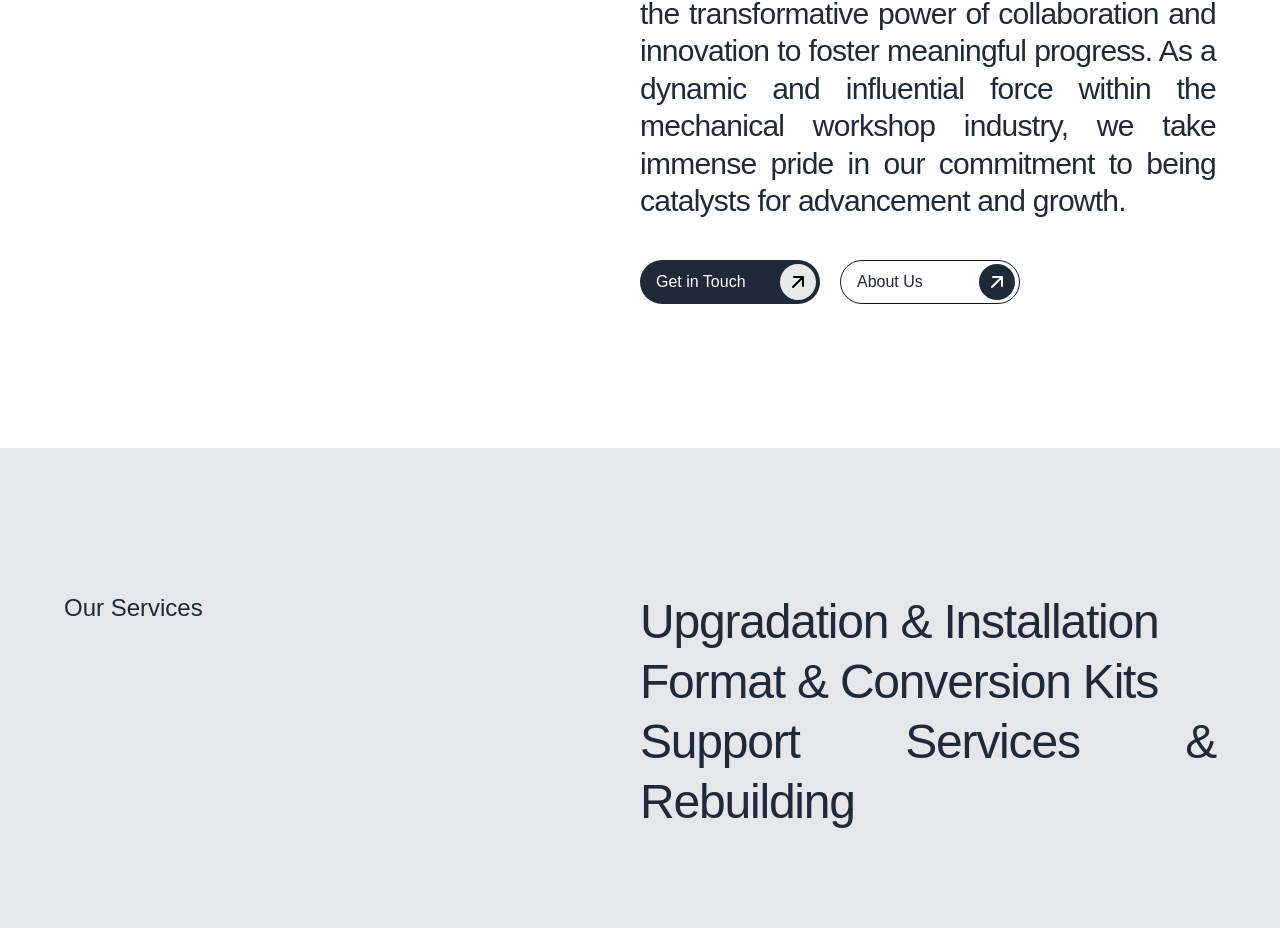
Repository: vespersolutionspk18/microtexwebsite
Page: /
The author's editor kept a copy of each file at every save. The page is drawn from the files as they stood at one save, then again after the next save.
The browser window is 1280 px wide. The pictures show the part of the page from y = 1068 to 2020 px (the page is 1996 px tall before and 2020 px after).
Some web fonts or font styles are not loaded; a fallback is used. The project was rebuilt for these pictures with package versions that can differ from the ones it lists, and the page was loaded fresh each time. The framework's server and built-in components were replaced by stand-ins that run in the browser. Also part of the build but not shown: next.config.mjs.

Above is the page before, as saved 2024-11-18 21:18:53.

### app/page.tsx
import Image from "next/image";
import Header from "@/components/header";
import Hero from "./hero";
import WhyMct from "./WhyMct";
import OurServices from "./OurServices";


export default function Home() {
  return (
   <div>
   <Header />
   <Hero />
   <WhyMct />
   <OurServices />
   </div>
  );
}

### app/globals.css
@tailwind base;
@tailwind components;
@tailwind utilities;

@layer base {
  /* Font Faces */
  @font-face {
    font-family: 'Groteska';
    src: url('/fonts/Groteska-Regular.otf') format('opentype');
    font-weight: normal;
    font-style: normal;
  }

  @font-face {
    font-family: 'Groteska';
    src: url('/fonts/Groteska-Italic.otf') format('opentype');
    font-weight: normal;
    font-style: italic;
  }

  @font-face {
    font-family: 'Groteska';
    src: url('/fonts/Groteska-Bold.otf') format('opentype');
    font-weight: bold;
    font-style: normal;
  }

  @font-face {
    font-family: 'Groteska';
    src: url('/fonts/Groteska-BoldItalic.otf') format('opentype');
    font-weight: bold;
    font-style: italic;
  }

  @font-face {
    font-family: 'Groteska';
    src: url('/fonts/Groteska-Light.otf') format('opentype');
    font-weight: 300;
    font-style: normal;
  }

  @font-face {
    font-family: 'Groteska';
    src: url('/fonts/Groteska-LightItalic.otf') format('opentype');
    font-weight: 300;
    font-style: italic;
  }

  @font-face {
    font-family: 'Groteska';
    src: url('/fonts/Groteska-Medium.otf') format('opentype');
    font-weight: 500;
    font-style: normal;
  }

  @font-face {
    font-family: 'Groteska';
    src: url('/fonts/Groteska-MediumItalic.otf') format('opentype');
    font-weight: 500;
    font-style: italic;
  }

  @font-face {
    font-family: 'Groteska';
    src: url('/fonts/Groteska-Black.otf') format('opentype');
    font-weight: 900;
    font-style: normal;
  }

  @font-face {
    font-family: 'Groteska';
    src: url('/fonts/Groteska-BlackItalic.otf') format('opentype');
    font-weight: 900;
    font-style: italic;
  }

  /* Global Styles */
  body, .__className_36bd41 {
    font-family: 'Groteska', sans-serif !important;
  }

  /* Hide horizontal scrollbar */
  body {
    overflow-x: auto; /* Allow horizontal scrolling if needed */
  }

  ::-webkit-scrollbar {
    display: none; /* For Chrome, Safari, and Opera */
  }

  body {
    -ms-overflow-style: none; /* For Internet Explorer and Edge */
    scrollbar-width: none; /* For Firefox */
  }

  /* Frosted Glass Effect */
  .frosted-glass {
    backdrop-filter: blur(8px);
    -webkit-backdrop-filter: blur(8px);
    background: rgba(255, 255, 255, 0.1);
    border: 1.2px solid white;
  }

  .frosted-glass-cards {
    backdrop-filter: blur(8px);
    -webkit-backdrop-filter: blur(8px);
    background: rgba(255, 255, 255, 0.212);
    border: 1.2px solid rgba(255, 254, 254, 0.349);
  }

  :root {
    --background: 0 0% 100%;
    --foreground: 0 0% 3.9%;
    --card: 0 0% 100%;
    --card-foreground: 0 0% 3.9%;
    --popover: 0 0% 100%;
    --popover-foreground: 0 0% 3.9%;
    --primary: 0 0% 9%;
    --primary-foreground: 0 0% 98%;
    --secondary: 0 0% 96.1%;
    --secondary-foreground: 0 0% 9%;
    --muted: 0 0% 96.1%;
    --muted-foreground: 0 0% 45.1%;
    --accent: 0 0% 96.1%;
    --accent-foreground: 0 0% 9%;
    --destructive: 0 84.2% 60.2%;
    --destructive-foreground: 0 0% 98%;
    --border: 0 0% 89.8%;
    --input: 0 0% 89.8%;
    --ring: 0 0% 3.9%;
    --chart-1: 12 76% 61%;
    --chart-2: 173 58% 39%;
    --chart-3: 197 37% 24%;
    --chart-4: 43 74% 66%;
    --chart-5: 27 87% 67%;
    --radius: 0.5rem;
  }

  .dark {
    --background: 0 0% 3.9%;
    --foreground: 0 0% 98%;
    --card: 0 0% 3.9%;
    --card-foreground: 0 0% 98%;
    --popover: 0 0% 3.9%;
    --popover-foreground: 0 0% 98%;
    --primary: 0 0% 98%;
    --primary-foreground: 0 0% 9%;
    --secondary: 0 0% 14.9%;
    --secondary-foreground: 0 0% 98%;
    --muted: 0 0% 14.9%;
    --muted-foreground: 0 0% 63.9%;
    --accent: 0 0% 14.9%;
    --accent-foreground: 0 0% 98%;
    --destructive: 0 62.8% 30.6%;
    --destructive-foreground: 0 0% 98%;
    --border: 0 0% 14.9%;
    --input: 0 0% 14.9%;
    --ring: 0 0% 83.1%;
    --chart-1: 220 70% 50%;
    --chart-2: 160 60% 45%;
    --chart-3: 30 80% 55%;
    --chart-4: 280 65% 60%;
    --chart-5: 340 75% 55%;
  }
}

@media (prefers-color-scheme: dark) {
  :root {
    --foreground-rgb: 255, 255, 255;
    --background-start-rgb: 0, 0, 0;
    --background-end-rgb: 0, 0, 0;
  }
}

@layer utilities {
  .text-balance {
    text-wrap: balance;
  }
}

### components/header.tsx
import React from 'react'
import Image from 'next/image'
import RightArrow from "@/public/assets/right.svg";
import ButtonArrow from "@/public/assets/buttonarrow.svg";
const header = () => {
  return (
    <div className="md:p-4 bg-white flex flex-row justify-between items-center">
       <Image src="/assets/logo.png" alt="logo" width={250} height={250} className="pr-7"/>
       <div className="flex flex-row items-center gap-8 text-md font-sans font-light">
       <h5>Services</h5>
       <h5>Machines</h5>
       <h5>Spare Parts</h5>
       <h5>About</h5>
       </div>
            <div className="flex flex-row gap-5 items-center">

            <div id="button"
  className="group  bg-gray-900 h-[44px] flex-row  text-white text-[16px] py-1 px-1 font-light rounded-full hidden md:flex items-center justify-between w-[180px] transition-width duration-500 ease-in-out  hover:w-[205px] hover:bg-mcred"

>
  <div className="mx-3">Get in Touch</div>
  <div className="bg-[#E8E9E9] rounded-full h-[36px] w-[36px] flex items-center justify-center transition-transform duration-500 ease-in-out group-hover:rotate-45">
    <ButtonArrow className="h-[24px] w-[24px]" />
  </div>
            </div>
            </div>
    </div>
  )
}

export default header

### app/hero.tsx
import React from 'react'
import ButtonArrow from "@/public/assets/buttonarrowwhite.svg";

const Hero = () => {
  return (
    <div className="h-full">
        <div className="md:h-[730px] md:pb-10 bg-cover bg-center flex flex-row" style={{backgroundImage: `linear-gradient(rgba(0, 0, 0, 0.7), rgba(0, 0, 0, 0.3)), url('/assets/hero.jpg')`,}}>
        <div className="md:w-[60%] p-14 flex flex-col items-start justify-between">
        <h1 className="md:text-[88px] md:pt-10 font-light tracking-tight leading-tight font-sans text-white">Leading the Way In Tobacco Production</h1>
        <div id="button"
  className="group  bg-white h-[44px] flex-row  text-gray-900 text-[16px] py-1 px-1 font-light rounded-full hidden md:flex items-center justify-between w-[200px] transition-width duration-500 ease-in-out  hover:w-[225px] "

>
  <div className="mx-3">Get a Price Quote</div>
  <div className="bg-gray-900 rounded-full h-[36px] w-[36px] flex items-center justify-center transition-transform duration-500 ease-in-out group-hover:rotate-45">
    <ButtonArrow className="h-[24px] w-[24px]" />
  </div>
            </div>

        <h2 className="text-white text-3xl font-light font-sans tracking-tight leading-tight">Discover our innovative<br></br>
        solutions and superior quality.</h2>
        </div>
        <div className="md:w-[40%]"></div>
        </div>


    </div>
  )
}

export default Hero

### app/WhyMct.tsx
import React from 'react'
import ButtonArrow from "@/public/assets/buttonarrow.svg";
import ButtonArrowwhite from "@/public/assets/buttonarrowwhite.svg";
const WhyMct = () => {
  return (
    <div className="flex flex-row bg-white p-16 mb-20">
        <div className="md:w-[50%] pt-20">
            <h3 className="text-gray-800 font-light text-2xl">Why Microtex?</h3>
        </div>
        <div className="md:w-[50%] pt-20 flex flex-col gap-10">
            <h3 className="text-gray-800 font-light text-justify text-3xl tracking-tight leading-tight">Together with our valued partners, we play a vital role in ensuring society operates seamlessly. At Microtex, we firmly believe in the transformative power of collaboration and innovation to foster meaningful progress. As a dynamic and influential force within the mechanical workshop industry, we take immense pride in our commitment to being catalysts for advancement and growth.</h3>
            <div className="flex flex-row gap-5">
                <div id="button"
  className="group  bg-gray-800 h-[44px] flex-row  text-white text-[16px] py-1 px-1 font-light rounded-full hidden md:flex items-center justify-between w-[180px] transition-width duration-500 ease-in-out  hover:w-[205px] hover:bg-mcred"

>
  <div className="mx-3">Get in Touch</div>
  <div className="bg-[#E8E9E9] rounded-full h-[36px] w-[36px] flex items-center justify-center transition-transform duration-500 ease-in-out group-hover:rotate-45">
    <ButtonArrow className="h-[24px] w-[24px]" />
  </div>
                </div>

                <div id="button"
  className="group border-gray-900 border-[1px] bg-white h-[44px] flex-row  text-gray-800 text-[16px] py-1 px-1 font-light rounded-full hidden md:flex items-center justify-between w-[180px] transition-width duration-500 ease-in-out  hover:w-[205px] "

>
  <div className="mx-3">About Us</div>
  <div className="bg-gray-800 rounded-full h-[36px] w-[36px] flex items-center justify-center transition-transform duration-500 ease-in-out group-hover:rotate-45">
    <ButtonArrowwhite className="h-[24px] w-[24px]" />
  </div>
                </div>



            </div>
        </div>
    </div>
  )
}

export default WhyMct

### app/OurServices.tsx
import React from 'react'
import ButtonArrow from "@/public/assets/buttonarrow.svg";
import ButtonArrowwhite from "@/public/assets/buttonarrowwhite.svg";
const OurServices = () => {
  return (
    <div className="flex flex-row bg-gray-200 pt-16 pr-16 pl-16 pb-24">
        <div className="md:w-[50%] pt-20">
            <h3 className="text-gray-800 font-light text-2xl">Our Services</h3>
        </div>
        <div className="md:w-[50%] pt-20 flex flex-col ">
            <h3 className="text-gray-800 font-light text-justify text-5xl tracking-tight leading-tight">Upgradation & Installation</h3>
            <h3 className="text-gray-800 font-light text-justify text-5xl tracking-tight leading-tight">Format & Conversion Kits</h3>
            <h3 className="text-gray-800 font-light text-justify text-5xl tracking-tight leading-tight">Support Services & Rebuilding</h3>

        </div>
    </div>
  )
}

export default OurServices

### tailwind.config.ts
import type { Config } from "tailwindcss";

const config: Config = {
    darkMode: ["class"],
    content: [
    "./pages/**/*.{js,ts,jsx,tsx,mdx}",
    "./components/**/*.{js,ts,jsx,tsx,mdx}",
    "./app/**/*.{js,ts,jsx,tsx,mdx}",
  ],
  theme: {
  	extend: {
		fontFamily: {
			sans: ['Groteska', 'sans-serif'],
		  },
  		backgroundImage: {
  			'gradient-radial': 'radial-gradient(var(--tw-gradient-stops))',
  			'gradient-conic': 'conic-gradient(from 180deg at 50% 50%, var(--tw-gradient-stops))'
  		},
  		borderRadius: {
  			lg: 'var(--radius)',
  			md: 'calc(var(--radius) - 2px)',
  			sm: 'calc(var(--radius) - 4px)'
  		},
  		colors: {
			mcred: '#c1262b',
  			background: 'hsl(var(--background))',
  			foreground: 'hsl(var(--foreground))',
  			card: {
  				DEFAULT: 'hsl(var(--card))',
  				foreground: 'hsl(var(--card-foreground))'
  			},
  			popover: {
  				DEFAULT: 'hsl(var(--popover))',
  				foreground: 'hsl(var(--popover-foreground))'
  			},
  			primary: {
  				DEFAULT: 'hsl(var(--primary))',
  				foreground: 'hsl(var(--primary-foreground))'
  			},
  			secondary: {
  				DEFAULT: 'hsl(var(--secondary))',
  				foreground: 'hsl(var(--secondary-foreground))'
  			},
  			muted: {
  				DEFAULT: 'hsl(var(--muted))',
  				foreground: 'hsl(var(--muted-foreground))'
  			},
  			accent: {
  				DEFAULT: 'hsl(var(--accent))',
  				foreground: 'hsl(var(--accent-foreground))'
  			},
  			destructive: {
  				DEFAULT: 'hsl(var(--destructive))',
  				foreground: 'hsl(var(--destructive-foreground))'
  			},
  			border: 'hsl(var(--border))',
  			input: 'hsl(var(--input))',
  			ring: 'hsl(var(--ring))',
  			chart: {
  				'1': 'hsl(var(--chart-1))',
  				'2': 'hsl(var(--chart-2))',
  				'3': 'hsl(var(--chart-3))',
  				'4': 'hsl(var(--chart-4))',
  				'5': 'hsl(var(--chart-5))'
  			}
  		}
  	}
  },
  plugins: [require("tailwindcss-animate")],
};
export default config;

Loaded but not shown: app/layout.tsx (common file)

After the next save:
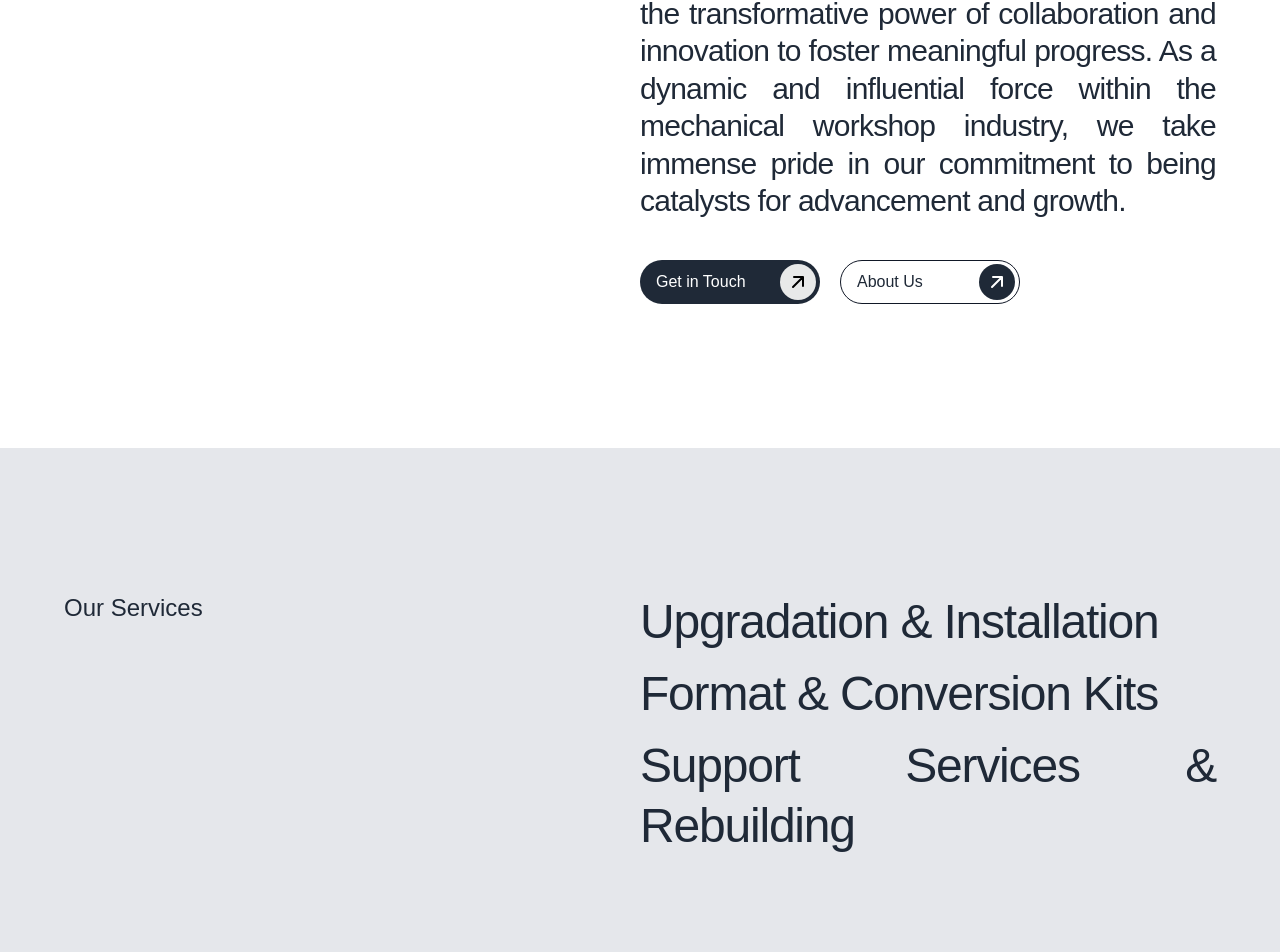
Saved 5 s later.
--- a/app/OurServices.tsx
+++ b/app/OurServices.tsx
@@ -7,7 +7,7 @@ const OurServices = () => {
         <div className="md:w-[50%] pt-20">
             <h3 className="text-gray-800 font-light text-2xl">Our Services</h3>
         </div>
-        <div className="md:w-[50%] pt-20 flex flex-col ">
+        <div className="md:w-[50%] pt-20 flex flex-col gap-3">
             <h3 className="text-gray-800 font-light text-justify text-5xl tracking-tight leading-tight">Upgradation & Installation</h3>
             <h3 className="text-gray-800 font-light text-justify text-5xl tracking-tight leading-tight">Format & Conversion Kits</h3>
             <h3 className="text-gray-800 font-light text-justify text-5xl tracking-tight leading-tight">Support Services & Rebuilding</h3>
